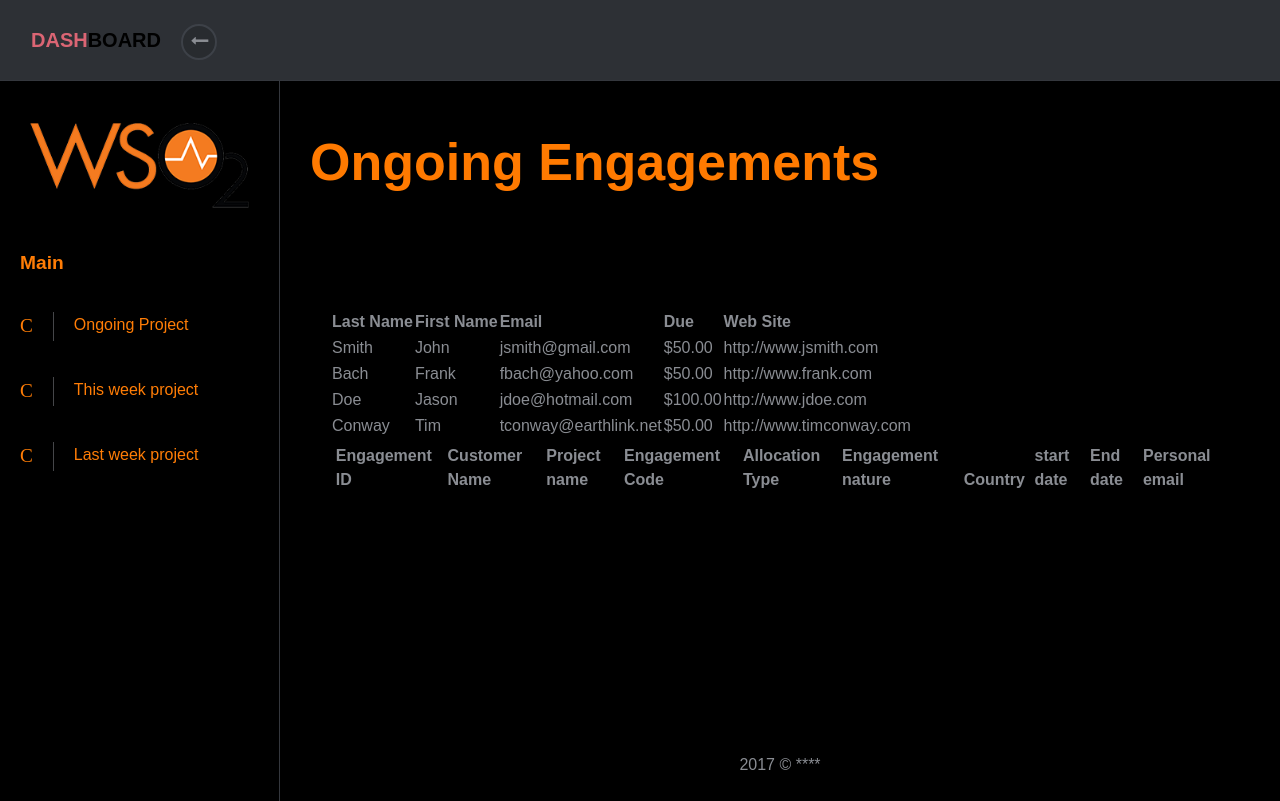
Repository: tharmini/engagement
Page: http://localhost/wproject/WEB-INF/views/engagementListView.jsp
An editor plug-in stored every save of this project. The page is shown before and after the next save, followed by the edit.
The browser window is 1280 px wide. The pictures show the whole page.
Some web fonts or font styles are not loaded; a fallback is used. Some web libraries are served in a nearby version. The page is served by Tomcat 9. Nobody is signed in. The template is opened directly, without the code that normally fills it, so the values that code supplies are empty.

Above is the page before, as saved 2018-01-08 11:21:25.

After the next save:
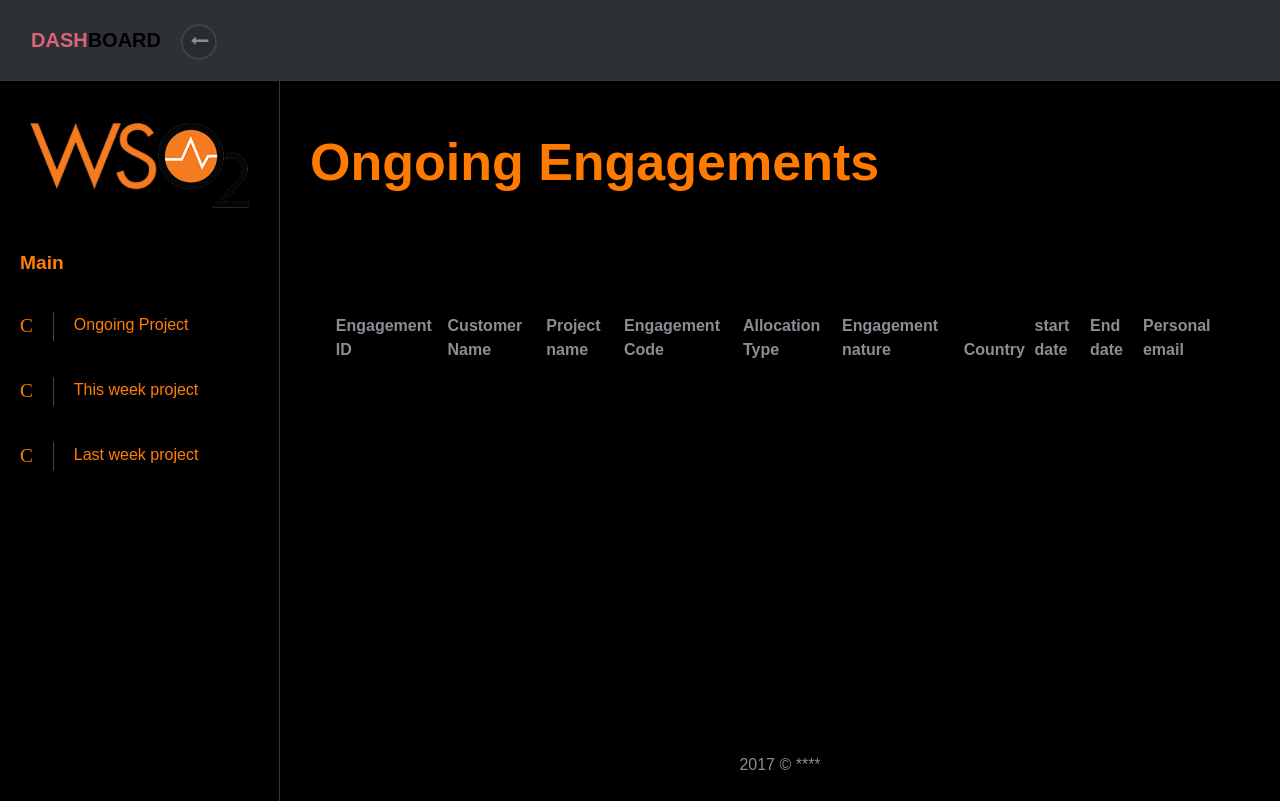
Console error: TypeError: $(...).tablesorter is not a function
Saved 62 s later.
--- a/project (5)/wproject/WebContent/WEB-INF/views/engagementListView.jsp
+++ b/project (5)/wproject/WebContent/WEB-INF/views/engagementListView.jsp
@@ -108,47 +108,7 @@
 						<div class="col-lg-12">
 							<p style="color: orange;">${errorString}</p>
 							<div class="block  table-responsive">
-								<table id="myTable2" class="tablesorter">
-<thead>
-<tr>
-    <th>Last Name</th>
-    <th>First Name</th>
-    <th>Email</th>
-    <th>Due</th>
-    <th>Web Site</th>
-</tr>
-</thead>
-<tbody>
-<tr>
-    <td>Smith</td>
-    <td>John</td>
-    <td>jsmith@gmail.com</td>
-    <td>$50.00</td>
-    <td>http://www.jsmith.com</td>
-</tr>
-<tr>
-    <td>Bach</td>
-    <td>Frank</td>
-    <td>fbach@yahoo.com</td>
-    <td>$50.00</td>
-    <td>http://www.frank.com</td>
-</tr>
-<tr>
-    <td>Doe</td>
-    <td>Jason</td>
-    <td>jdoe@hotmail.com</td>
-    <td>$100.00</td>
-    <td>http://www.jdoe.com</td>
-</tr>
-<tr>
-    <td>Conway</td>
-    <td>Tim</td>
-    <td>tconway@earthlink.net</td>
-    <td>$50.00</td>
-    <td>http://www.timconway.com</td>
-</tr>
-</tbody>
-</table>
+
 								<table id ="myTable" class="table table-striped table-sm">
 									<thead>
 										<tr>
@@ -201,7 +161,7 @@
 		</div>
 	</div>
 	<!-- Javascript files-->
-	<!-- <script src="https://code.jquery.com/jquery-3.2.1.min.js"></script>
+	<script src="https://code.jquery.com/jquery-3.2.1.min.js"></script>
 	<script
 		src="https://cdnjs.cloudflare.com/ajax/libs/popper.js/1.11.0/umd/popper.min.js">
 
@@ -214,7 +174,7 @@
 	<script src="js/charts-home.js"></script>
 	<script src="js/front.js"></script>
 	<script src="js/sortcolumn.js"></script>
-	 -->
+
 
 </body>
 </html>
